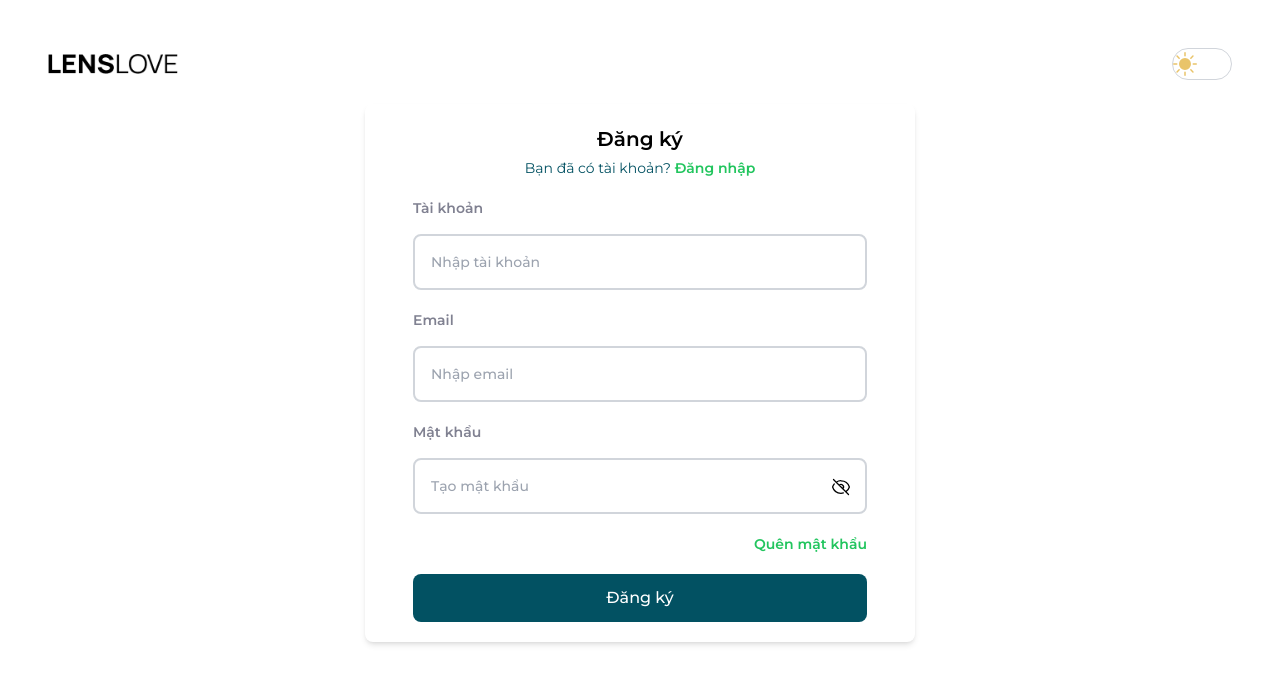
Repository: thienthanhvinh/glasses-react
Page: /sign-up
An editor plug-in stored every save of this project. The page is shown before and after the next save, followed by the edit.
The browser window is 1280 px wide. The pictures show the whole page.
The project was rebuilt for these pictures with package versions that can differ from the ones it lists, and the page was loaded fresh each time. Also part of the build but not shown: src/App.css, src/components/category/Category.js, src/components/common/Heading.js, src/components/intro/Intro.js, src/components/sales/SpringSales.js, src/components/navbar/Navbar.js, src/layout/LayoutMenu.js, src/modules/GlassesGrid.js and 7 more.

Above is the page before, as saved 2023-02-13 10:36:04.

### public/index.html
<!DOCTYPE html>
<html lang="en">
  <head>
    <meta charset="utf-8" />
    <link rel="icon" href="%PUBLIC_URL%/favicon.ico" />
    <meta name="viewport" content="width=device-width, initial-scale=1" />
    <meta name="theme-color" content="#000000" />
    <meta
      name="description"
      content="Web site created using create-react-app"
    />
    <link rel="apple-touch-icon" href="%PUBLIC_URL%/logo192.png" />
    <!--
      manifest.json provides metadata used when your web app is installed on a
      user's mobile device or desktop. See https://developers.google.com/web/fundamentals/web-app-manifest/
    -->
    <link rel="manifest" href="%PUBLIC_URL%/manifest.json" />
    <!--
      Notice the use of %PUBLIC_URL% in the tags above.
      It will be replaced with the URL of the `public` folder during the build.
      Only files inside the `public` folder can be referenced from the HTML.

      Unlike "/favicon.ico" or "favicon.ico", "%PUBLIC_URL%/favicon.ico" will
      work correctly both with client-side routing and a non-root public URL.
      Learn how to configure a non-root public URL by running `npm run build`.
    -->
    <link href="https://fonts.googleapis.com/css2?family=Montserrat:wght@300;400;500;600;700&display=swap" rel="stylesheet">
    <title>React App</title>
  </head>
  <body>
    <noscript>You need to enable JavaScript to run this app.</noscript>
    <div id="root"></div>
    <!--
      This HTML file is a template.
      If you open it directly in the browser, you will see an empty page.

      You can add webfonts, meta tags, or analytics to this file.
      The build step will place the bundled scripts into the <body> tag.

      To begin the development, run `npm start` or `yarn start`.
      To create a production bundle, use `npm run build` or `yarn build`.
    -->
  </body>
</html>

### src/index.js
import React from 'react';
import ReactDOM from 'react-dom/client';
import './index.css';
import App from './App';
import reportWebVitals from './reportWebVitals';
import { BrowserRouter } from 'react-router-dom';
import { ToastContainer, toast } from 'react-toastify';
import 'react-toastify/dist/ReactToastify.css';

const root = ReactDOM.createRoot(document.getElementById('root'));
root.render(
  // <React.StrictMode>
  <BrowserRouter>
    <App />
    <ToastContainer></ToastContainer>
  </BrowserRouter>
  // </React.StrictMode>
);

// If you want to start measuring performance in your app, pass a function
// to log results (for example: reportWebVitals(console.log))
// or send to an analytics endpoint. Learn more: https://bit.ly/CRA-vitals
reportWebVitals();

### src/index.css
/* body {
  margin: 0;
  font-family: -apple-system, BlinkMacSystemFont, 'Segoe UI', 'Roboto', 'Oxygen',
    'Ubuntu', 'Cantarell', 'Fira Sans', 'Droid Sans', 'Helvetica Neue',
    sans-serif;
  -webkit-font-smoothing: antialiased;
  -moz-osx-font-smoothing: grayscale;
}

code {
  font-family: source-code-pro, Menlo, Monaco, Consolas, 'Courier New',
    monospace;
} */

@tailwind base;
@tailwind components;
@tailwind utilities;

body {
  font-family: 'Montserrat', sans-serif;
}
/* .darkmode-input:checked + div .darkmode-spinner {
  transform: translateX(33px);
} */
.active-light {
  transform: translateX(0px);
  transition: all 0.4s;
}
.active-dark {
  transform: translateX(33px);
  transition: all 0.4s;
}

/* .darkmode-input:checked + div {


} */

/* .darkmode-input:checked + div .darkmode-spinner {
  background-color: white;
} */

### src/App.js

import { Route, Routes } from 'react-router-dom';
import './App.css';
import HomePage from './pages/HomePage';
import SignInPage from './pages/SignInPage';
import SignUpPage from './pages/SignUpPage';

function App() {
  return (
    <Routes>
      <Route path='/sign-up' element={<SignUpPage></SignUpPage>}></Route>
      <Route path='/sign-in' element={<SignInPage></SignInPage>}></Route>
      <Route path='/' element={<HomePage></HomePage>}></Route>
    </Routes>
  );
}

export default App;

### src/pages/SignUpPage.js
import React, { useEffect, useState } from "react";
import { useForm } from "react-hook-form";
import { Link } from "react-router-dom";
import Button from "../components/button/Button";
import FormGroup from "../components/common/FormGroup";
import Input from "../components/input/Input";
import Label from "../components/label/Label";
import LayoutAuthentication from "../layout/LayoutAuthentication";
import { yupResolver } from "@hookform/resolvers/yup";
import { toast } from "react-toastify";
import * as yup from "yup";
import IconEyeToggle from "../components/icons/IconEyeToggle";

const schema = yup.object({
  username: yup.string().required("Hãy nhập tài khoản"),
  email:yup.string().required("Hãy nhập email"),
  password: yup.string().required("Hãy nhập mật khẩu").min(8, "Mật khẩu tối thiểu là 8 ký tự"),
});

const SignUpPage = () => {
  const {handleSubmit, control, formState: {errors}} = useForm({resolver: yupResolver(schema), mode:"onSubmit"});
  const handleSignUp = () => {
  }
  useEffect(() => {
    const arrErroes = Object.values(errors);
    console.log(arrErroes);
    if(arrErroes.length > 0) {
      toast.error(arrErroes[0]?.message, {
        pauseOnHover: false,
      })
    }
  })
  const [showPassword, setShowPassword] = useState(false);
  const handleTogglePassword = () => {
    setShowPassword(!showPassword);
  }
  return (
    <LayoutAuthentication heading="Đăng ký">
      <p className="text-sm text-center text-primary mb-5">
        Bạn đã có tài khoản?{" "}
        <Link to="/sign-in" className="text-green-500 cursor-pointer font-semibold">
          Đăng nhập
        </Link>
      </p>
      <form onSubmit={handleSubmit(handleSignUp)}>
        <FormGroup>
          <Label htmlFor="username">Tài khoản</Label>
          <Input type="text" name="username" placeholder="Nhập tài khoản" control={control} ></Input>
        </FormGroup>
        <FormGroup>
          <Label htmlFor="email">Email</Label>
          <Input type="text" name="email" placeholder="Nhập email" control={control}></Input>
        </FormGroup>
        <FormGroup>
          <Label htmlFor="password">Mật khẩu</Label>
          <Input type={showPassword ? "text" : "password"} name="password"  placeholder="Tạo mật khẩu" control={control}>
            <IconEyeToggle open={showPassword} onClick={handleTogglePassword}></IconEyeToggle>
          </Input>
        </FormGroup>
        <p className="text-right text-sm text-green-500 font-semibold">Quên mật khẩu</p>
        <Button className="w-full text-white mt-5">Đăng ký</Button>
      </form>
    </LayoutAuthentication>
  );
};

export default SignUpPage;

### src/components/button/Button.js
import React from 'react';

const Button = ({type, children, className=''}) => {
    return (
        <button type='submit' className={`bg-primary text-white ${className} rounded-lg px-3 py-3 font-medium`}>
            {children}
        </button>
    );
};

export default Button;

### src/components/common/FormGroup.js
import React from 'react';

const FormGroup = ({children}) => {
    return (
        <div className='flex flex-col mb-5 gap-y-2'>
            {children}
        </div>
    );
};

export default FormGroup;

### src/components/input/Input.js
import React from "react";
import { useController } from "react-hook-form";

const Input = ({ type, placeholder, name, control, children, ...rest }) => {
  const { field } = useController({
    control,
    name,
    defaultValue: "",
  });
  return (
    <div className="relative">
      <input
        type={type}
        name={name}
        id={name}
        placeholder={placeholder}
        {...field}
        className={`w-full px-4 py-4 rounded-lg border-2 border-gray-300 dark:border-gray-600 dark:focus:border-gray-700 dark:bg-dark-four-color dark:text-color-1 font-medium dark:placeholder:font-medium mt-2 outline-none focus:border-gray-400 transition-all duration-200 bg-transparent text-sm ${children ? 'pr-12' : ''}`}
      />
      {children &&<span className=" absolute right-4 ml-5 z-10 top-8 -translate-y-1/4 cursor-pointer select-none">
        {children}
      </span>}
    </div>
  );
};

export default Input;

### src/components/label/Label.js
import React from 'react';

const Label = ({htmlFor, children, className = ''}) => {
    return (
        <label htmlFor={htmlFor} className={`${className} dark:text-dark-text-primary text-sm text-color-1 font-semibold block cursor-pointer`}>
            {children}
        </label>
    );
};

export default Label;

### src/layout/LayoutAuthentication.js
import React, { useEffect, useState } from "react";
import { Link } from "react-router-dom";
import PropTypes from "prop-types";
import { BsFillSunFill } from "react-icons/bs";
import { FaMoon } from "react-icons/fa";
import useDarkMode from "../hooks/useDarkMode";

const LayoutAuthentication = ({ heading, question, children }) => {
  const [isDarkMode, setDarkMode] = useState(
    () => localStorage.theme === "dark"
  );
  const toggleDarkMode = () => {
    setDarkMode(!isDarkMode);
  };
  useEffect(() => {
    const html = window.document.documentElement;
    const prev = isDarkMode ? "light" : "dark";
    html.classList.remove(prev);
    const next = isDarkMode ? "dark" : "light";
    html.classList.add(next);
    localStorage.setItem("theme", next);
  }, [isDarkMode]);

  return (
    <div className="w-full h-screen bg-white dark:bg-dark-four-color p-12">
      <div className="mb-6 flex justify-between items-center">
        <Link to="/" className="inline-block">
          <img
            src="/logo.png"
            alt=""
            className="w-[130px] h-auto object-cover"
          />
        </Link>
        <label
          htmlFor="toggle"
          className="cursor-pointer toggle-switch inline-block"
        >
          <input
            type="checkbox"
            name=""
            id="toggle"
            className="darkmode-input hidden"
          />

          <div className="w-[60px] h-8 border border-gray-300 rounded-full flex items-center">

              {!isDarkMode ? (
                <div className="active-light">
                  <BsFillSunFill
                    size={"24px"}
                    color={"#e9c46a"}
                    onClick={() => toggleDarkMode(!isDarkMode)}
                  ></BsFillSunFill>
                </div>
              ) : (
                <div className="active-dark">
                  <FaMoon
                    size={"24px"}
                    color={"#808191"}
                    onClick={() => toggleDarkMode(!isDarkMode)}
                  ></FaMoon>
                </div>
              )}
          </div>
        </label>
      </div>
      <div className="w-full max-w-[550px] bg-white-400  dark:bg-dark-five-color dark:text-white shadow-md rounded-lg mx-auto px-12 py-5">
        <h2 className="text-center text-[20px] font-semibold mb-1">
          {heading}
        </h2>
        {children}
      </div>
    </div>
  );
};

LayoutAuthentication.propTypes = {
  heading: PropTypes.string,
  question: PropTypes.string,
  children: PropTypes.node,
};

export default LayoutAuthentication;

### src/components/icons/IconEyeToggle.js
import React from "react";

const IconEyeToggle = ({ open = false, onClick = () => {} }) => {
  if (open) {
    return (
      <span onClick={onClick}>
        <svg
          xmlns="http://www.w3.org/2000/svg"
          fill="none"
          viewBox="0 0 24 24"
          strokeWidth="1.5"
          stroke="currentColor"
          className="w-5 h-5"
        >
          <path
            strokeLinecap="round"
            strokeLinejoin="round"
            d="M2.036 12.322a1.012 1.012 0 010-.639C3.423 7.51 7.36 4.5 12 4.5c4.638 0 8.573 3.007 9.963 7.178.07.207.07.431 0 .639C20.577 16.49 16.64 19.5 12 19.5c-4.638 0-8.573-3.007-9.963-7.178z"
          />
          <path
            strokeLinecap="round"
            strokeLinejoin="round"
            d="M15 12a3 3 0 11-6 0 3 3 0 016 0z"
          />
        </svg>
      </span>
    );
  } else {
    return (
      <span onClick={onClick}>
        <svg
          xmlns="http://www.w3.org/2000/svg"
          fill="none"
          viewBox="0 0 24 24"
          strokeWidth="1.5"
          stroke="currentColor"
          className="w-5 h-5"
        >
          <path
            strokeLinecap="round"
            strokeLinejoin="round"
            d="M3.98 8.223A10.477 10.477 0 001.934 12C3.226 16.338 7.244 19.5 12 19.5c.993 0 1.953-.138 2.863-.395M6.228 6.228A10.45 10.45 0 0112 4.5c4.756 0 8.773 3.162 10.065 7.498a10.523 10.523 0 01-4.293 5.774M6.228 6.228L3 3m3.228 3.228l3.65 3.65m7.894 7.894L21 21m-3.228-3.228l-3.65-3.65m0 0a3 3 0 10-4.243-4.243m4.242 4.242L9.88 9.88"
          />
        </svg>
      </span>
    );
  }
};

export default IconEyeToggle;

### src/hooks/useDarkMode.js
import { useEffect, useState } from "react";

export default function useDarkMode() {
    const [isDarkMode, setDarkMode] = useState(() => localStorage.theme === "dark");
    const toggleDarkMode = () => {
        setDarkMode(!isDarkMode);
    }
    useEffect(() => {
        const html = window.document.documentElement;
        const prev = isDarkMode ? "light" : "dark";
        html.classList.remove(prev);
        const next = isDarkMode ? "dark" : "light";
        html.classList.add(next);
        localStorage.setItem("theme", next);
    }, [isDarkMode])
    return [isDarkMode, toggleDarkMode];
}

### tailwind.config.js
/** @type {import('tailwindcss').Config} */
module.exports = {
  content: [
    "./src/**/*.{js,jsx,ts,tsx}",
  ],
  darkMode: 'class',
  theme: {
    extend: {
      colors: {
        'color-1': "#808191",
        'color-2': "#2d3436",
        'primary' : '#025162',
        'secondary': '#EADFD8',
        'secondary-3': '#414141',
        'tertiary' : '#E75313',
        'lens': '#D4E1F4',
        'gray-white': '#D9DBE1',
        'dark-text-primary': '#dfe6e9',
        'dark-color' : '#4e4f50',
        'dark-secon-color': '#2d3436',
        'dark-third-color': '#3a3a3a',
        'dark-four-color' : '#242526',
        'dark-five-color' : '#3A3A3A',

      }
    },
  },
  plugins: [],
}

Loaded but not shown: src/reportWebVitals.js (common file)

After the next save:
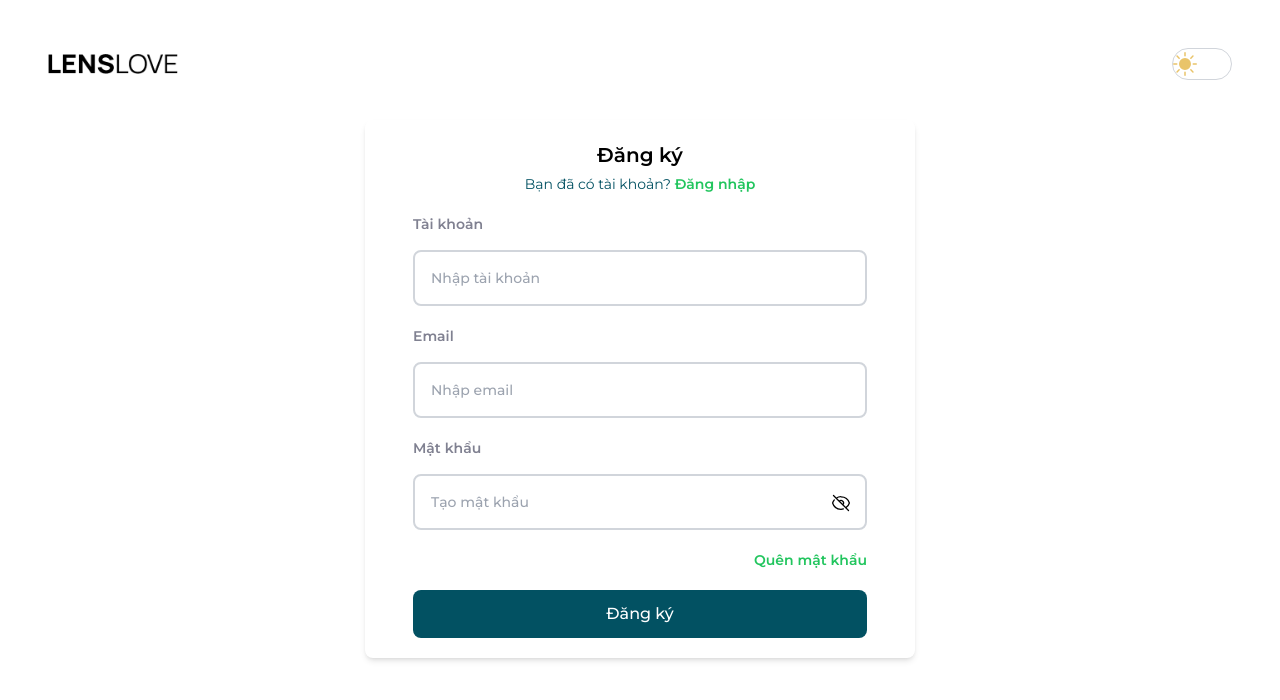
Saved 17 s later.
--- a/src/layout/LayoutAuthentication.js
+++ b/src/layout/LayoutAuthentication.js
@@ -23,7 +23,7 @@ const LayoutAuthentication = ({ heading, question, children }) => {
 
   return (
     <div className="w-full h-screen bg-white dark:bg-dark-four-color p-12">
-      <div className="mb-6 flex justify-between items-center">
+      <div className="mb-10 flex justify-between items-center">
         <Link to="/" className="inline-block">
           <img
             src="/logo.png"
